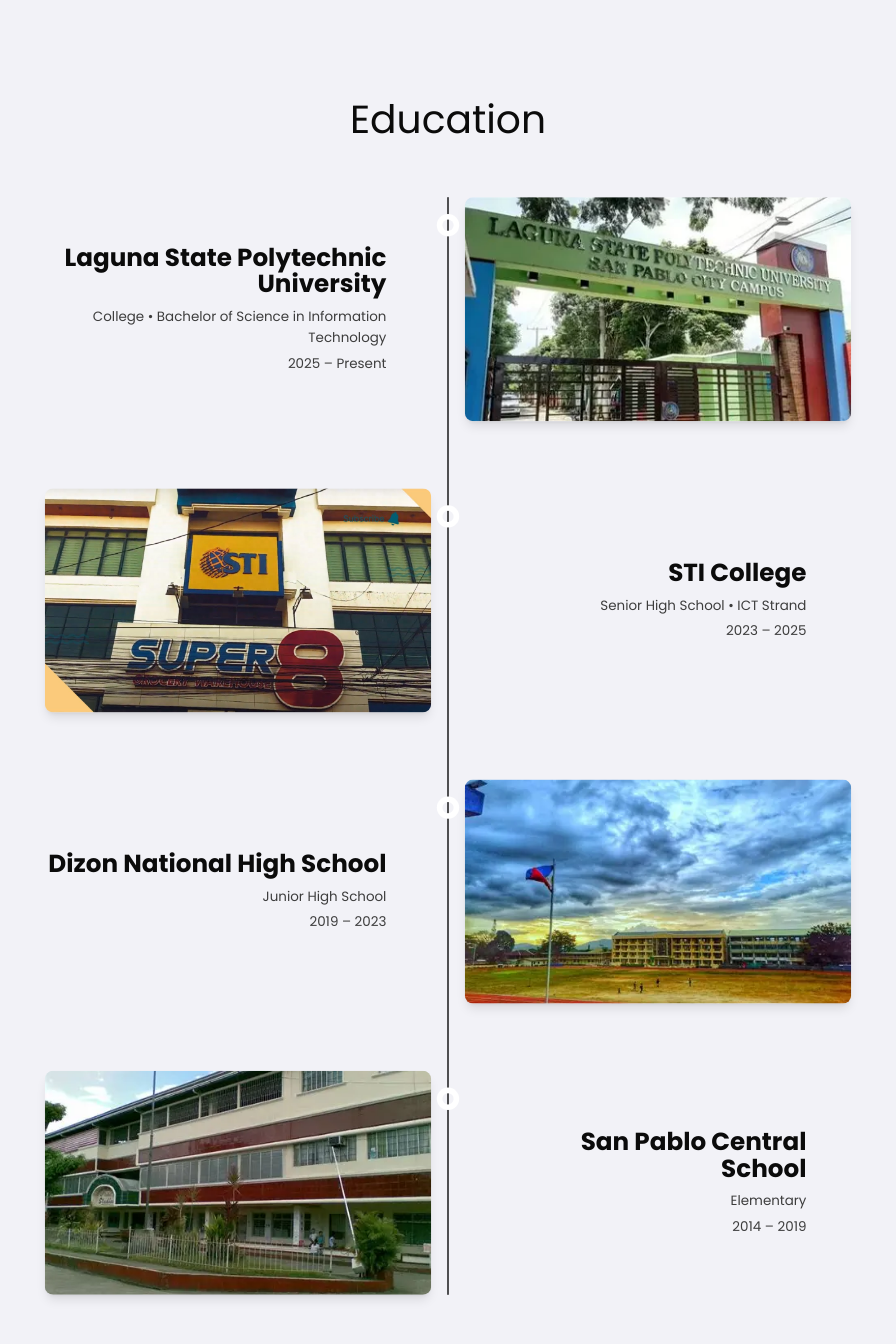
Repository: Latrell26/Portfolio-schoolProject
Page: /
An editor plug-in stored every save of this project. The page is shown before and after a run of saves, followed by the edit.
The browser window is 1280 px wide. The pictures show the part of the page from y = 1474 to 3394 px (the page is 6276 px tall before and 6244 px after), at 70% of full size.
The project was rebuilt for these pictures with package versions that can differ from the ones it lists, and the page was loaded fresh each time. Also part of the build but not shown: svelte.config.js, vite.config.js.

Above is the page before, as saved 2026-01-02 22:34:01.

After the next 3 saves:
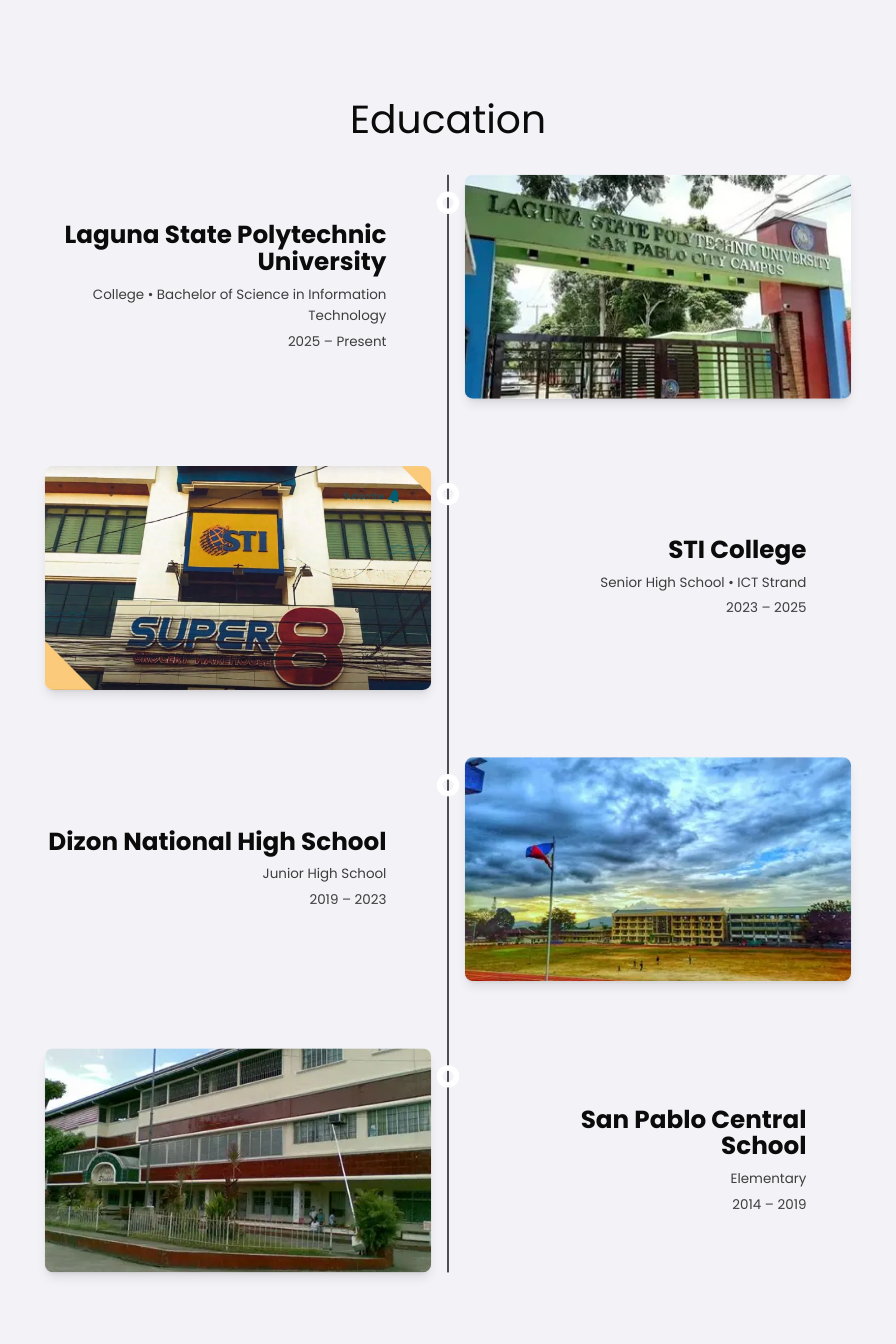
The 3 saves are shown as one change because they came seconds apart.
The last was saved 37 s later.
--- a/src/App.svelte
+++ b/src/App.svelte
@@ -82,7 +82,7 @@
   </section>
   <section id="education" class="py-20 px-6">
   <div class="max-w-6xl mx-auto">
-    <h2 class="text-center mb-20">Education</h2>
+    <h2 class="text-center mb-12">Education</h2>
 
     <div class="relative">
       <div class="absolute left-1/2 transform -translate-x-1/2 w-0.5 bg-dark h-full hidden lg:block"></div>
